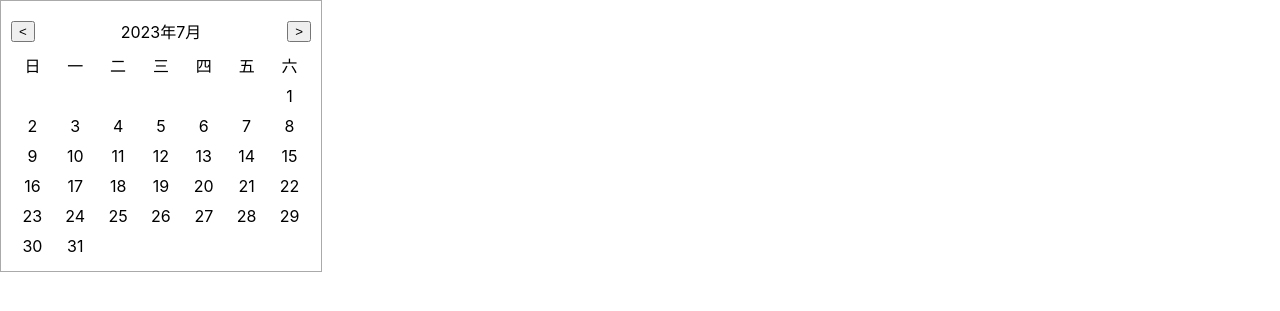
Repository: yychuiyan/calendar
Page: /
An editor plug-in stored every save of this project. The page is shown before and after the next save, followed by the edit.
The browser window is 1280 px wide. The pictures show the whole page.
The project was rebuilt for these pictures with package versions that can differ from the ones it lists, and the page was loaded fresh each time.

Above is the page before, as saved 2023-07-20 13:40:32.

### src/App.tsx
import React from 'react'
import Calendar from './component/Calendar'
const App = () => {
  return (
    <div>
      <Calendar />
    </div>
  )
}

export default App

### src/component/Calendar.tsx
import React, { useState } from 'react'
import './index.css'
import { monthDate } from '../utils/month'
interface CalendarProps {
  value?: Date,
  onChange?: (date: Date) => void
}
const Calendar: React.FC<CalendarProps> = (props) => {
  const { value = new Date(), onChange } = props
  // 保存当前日期
  const [date, setDate] = useState(value)
  // 点击左侧按钮
  const handlePrevMonth = () => {
    setDate(new Date(date.getFullYear(), date.getMonth() - 1, 1))
  };
  // 点击右侧按钮
  const handleNextMonth = () => {
    setDate(new Date(date.getFullYear(), date.getMonth() + 1, 1))
  }
  // 计算当前月有多少天
  const daysOfMonth = (year: number, month: number) => {
    // 当date传入0的时候默认取上个月的最后一天，-1则为上个月倒数第二天，以此类推
    return new Date(year, month + 1, 0).getDate()
  }
  // 计算当前月的第一天是星期几
  const firstDayOfMonth = (year: number, month: number) => {
    return new Date(year, month, 1).getDay();
  }
  // 定义一个函数存储渲染的内容
  const renderDates = () => {
    // 定义一个数组存储恩日哦功能
    const days = []
    // 计算当前月有多少天
    const daysCount = daysOfMonth(date.getFullYear(), date.getMonth())
    // 计算当前月的第一天是星期几
    const firstDay = firstDayOfMonth(date.getFullYear(), date.getMonth())
    // 已经知道从哪里开始渲染，渲染多少天后，进行循环遍历到初始天数在星期几
    for (let i = 0; i < firstDay; i++) {
      days.push(<div key={`empty-${i}`} className="empty"></div>);
    }
    // 渲染日期
    for (let i = 1; i <= daysCount; i++) {
      days.push(<div key={i} className='day'>{i}</div>)
    }
    return days;
  }
  return (
    <div className="calendar">
      <div className="header">
        <button onClick={handlePrevMonth}>&lt;</button>
        <div>{date.getFullYear()}年{monthDate[date.getMonth()]}</div>
        <button onClick={handleNextMonth}>&gt;</button>
      </div>
      <div className="days">
        <div className="day">日</div>
        <div className="day">一</div>
        <div className="day">二</div>
        <div className="day">三</div>
        <div className="day">四</div>
        <div className="day">五</div>
        <div className="day">六</div>
        {renderDates()}
      </div>
    </div>
  )
}

export default Calendar

### src/component/index.css
.calendar {
  border: 1px solid #aaa;
  padding: 10px;
  width: 300px;
  height: 250px;
}

.header {
  display: flex;
  justify-content: space-between;
  align-items: center;
  height: 40px;
}

.days {
  display: flex;
  flex-wrap: wrap;
}

.empty, .day {
  width: calc(100% / 7);
  text-align: center;
  line-height: 30px;
}

.day:hover {
  background-color: #ccc;
  cursor: pointer;
}

### src/utils/month.js
export const monthDate = [
  '1月',
  '2月',
  '3月',
  '4月',
  '5月',
  '6月',
  '7月',
  '8月',
  '9月',
  '10月',
  '11月',
  '12月',
]

Loaded but not shown: public/index.html (common file); src/index.tsx (common file); src/index.css (common file); src/reportWebVitals.ts (common file)

After the next save:
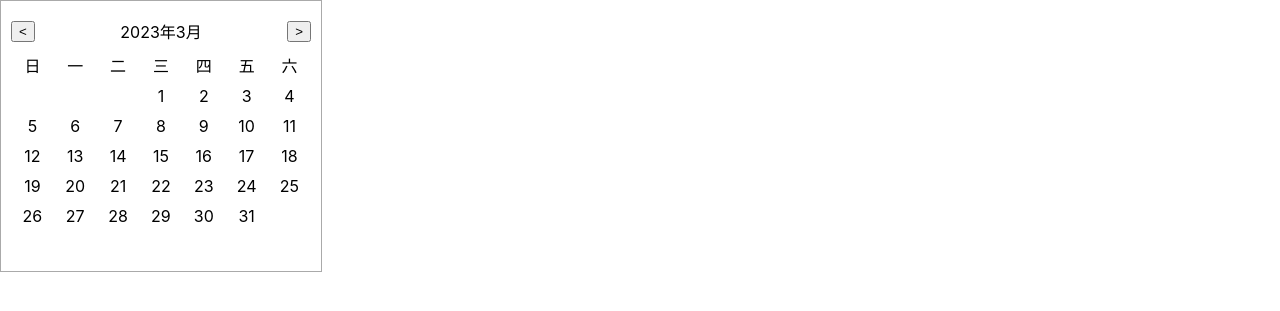
Saved 19 s later.
--- a/src/App.tsx
+++ b/src/App.tsx
@@ -3,7 +3,7 @@ import Calendar from './component/Calendar'
 const App = () => {
   return (
     <div>
-      <Calendar />
+      <Calendar value={new Date('2023-3-1')} />
     </div>
   )
 }
